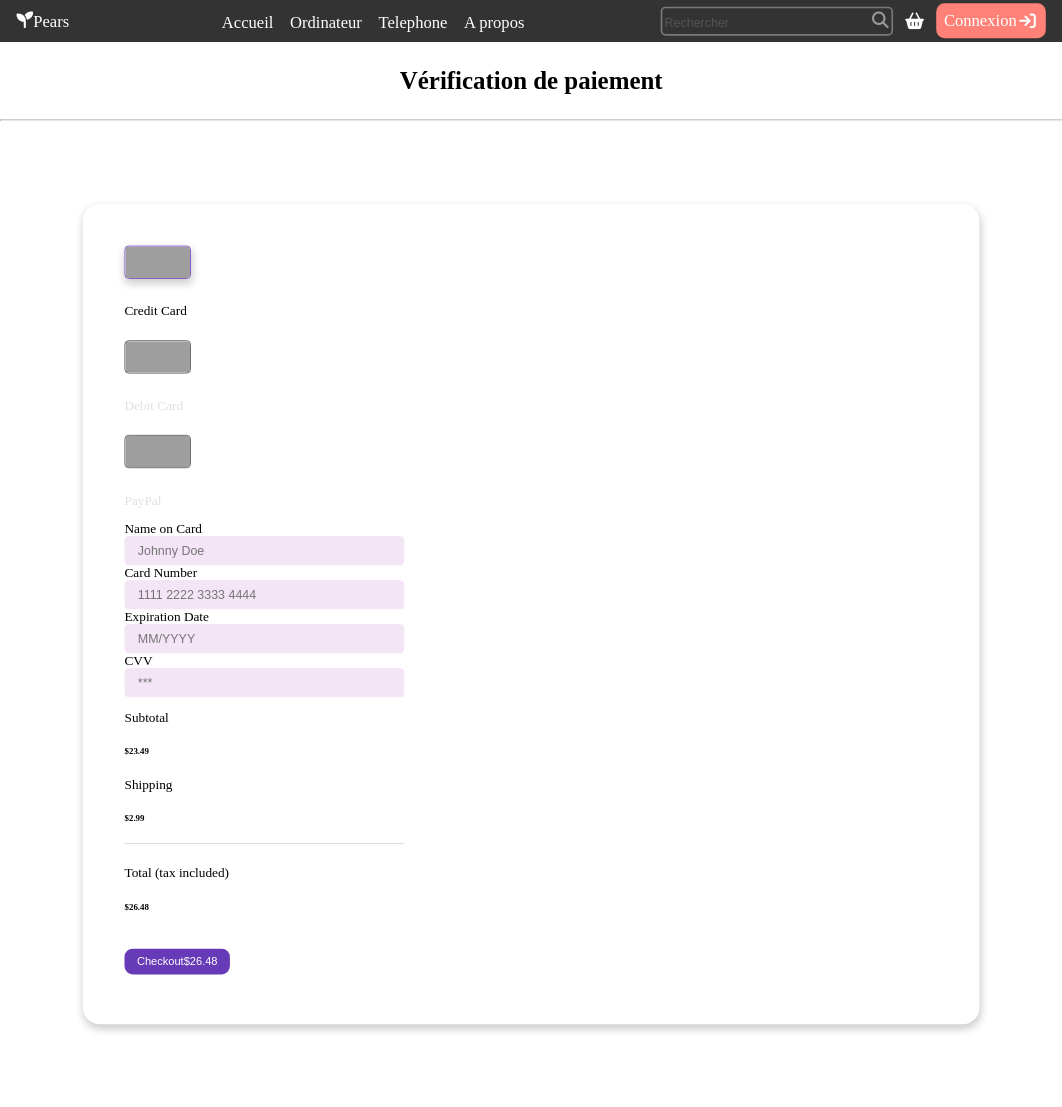
Repository: Kakouuu/PPE1-iPear
Page: http://localhost/Stage/verifpaiement.php
An editor plug-in stored every save of this project. The page is shown before and after the next save, followed by the edit.
The browser window is 1280 px wide. The pictures show the whole page, at 83% of full size.
Pictures or frames that could not be fetched are drawn as grey boxes. Some web libraries are served in a nearby version. The page is run by PHP 8.4 with error messages shown; the project is at /var/www/html/.

Above is the page before, as saved 2023-04-28 16:24:53.

### verifpaiement.php
<!DOCTYPE html>
<html lang="en">

<?php
    session_start();
    include "nav.php";
    ?>


<head>
    <meta charset="UTF-8">
    <title>Checkout</title>
    <link rel="stylesheet" href="css/verifpaiement.css">
    <link rel="stylesheet" href="https://stackpath.bootstrapcdn.com/bootstrap/4.3.1/js/bootstrap.bundle.min.js">
    <link rel="stylesheet" href="https://cdnjs.cloudflare.com/ajax/libs/font-awesome/5.10.0-11/css/all.min.css">
    <script rel="stylesheet" href="https://cdnjs.cloudflare.com/ajax/libs/jquery/3.2.1/jquery.min.js"></script>
    <script src="js/store.js"></script>
</head>

<body>



    <h3 class="title">Vérification de paiement</h3>
    <hr>

    <div class="row justify-content-center" style="margin:100px">
        <div class="col-lg-12">
            <div class="card" style="display : flex;">
                <div class="row">
                    <div class="col-lg-3 radio-group">
                        <div class="row d-flex px-3 radio"> <img class="pay" src="https://i.imgur.com/WIAP9Ku.jpg">
                            <p class="my-auto">Credit Card</p>
                        </div>
                        <div class="row d-flex px-3 radio gray"> <img class="pay" src="https://i.imgur.com/OdxcctP.jpg">
                            <p class="my-auto">Debit Card</p>
                        </div>
                        <div class="row d-flex px-3 radio gray mb-3"> <img class="pay" src="https://i.imgur.com/cMk1MtK.jpg">
                            <p class="my-auto">PayPal</p>
                        </div>
                    </div>
                    <div class="col-lg-5">
                        <div class="row px-2">
                            <div class="form-group col-md-6"> <label class="form-control-label">Name on Card</label> <input type="text" id="cname" name="cname" placeholder="Johnny Doe"> </div>
                            <div class="form-group col-md-6"> <label class="form-control-label">Card Number</label> <input type="text" id="cnum" name="cnum" placeholder="1111 2222 3333 4444"> </div>
                        </div>
                        <div class="row px-2">
                            <div class="form-group col-md-6"> <label class="form-control-label">Expiration Date</label> <input type="text" id="exp" name="exp" placeholder="MM/YYYY"> </div>
                            <div class="form-group col-md-6"> <label class="form-control-label">CVV</label> <input type="text" id="cvv" name="cvv" placeholder="***"> </div>
                        </div>
                    </div>
                    <div class="col-lg-4 mt-2">
                        <div class="row d-flex justify-content-between px-4">
                            <p class="mb-1 text-left">Subtotal</p>
                            <h6 class="mb-1 text-right">$23.49</h6>
                        </div>
                        <div class="row d-flex justify-content-between px-4">
                            <p class="mb-1 text-left">Shipping</p>
                            <h6 class="mb-1 text-right">$2.99</h6>
                        </div>
                        <div class="row d-flex justify-content-between px-4" id="tax">
                            <p class="mb-1 text-left">Total (tax included)</p>
                            <h6 class="mb-1 text-right">$26.48</h6>
                        </div> <button class="btn-block btn-blue"> <span> <span id="checkout">Checkout</span> <span id="check-amt">$26.48</span> </span> </button>
                    </div>
                </div>
            </div>
        </div>
    </div>
    </div>

### nav.php
<!DOCTYPE html>
<head>
    <meta charset="UTF-8">
    <meta http-equiv="X-UA-Compatible" content="IE  =edge">
    <link rel="stylesheet" href="css/styles.css">
    <link rel="stylesheet" href="css/footer.css">

    <script src="https://kit.fontawesome.com/db2bf29261.js" crossorigin="anonymous"></script>
    <script src="https://cdnjs.cloudflare.com/ajax/libs/jquery/3.6.0/jquery.min.js"></script>
    <script src="https://ajax.googleapis.com/ajax/libs/jquery/3.6.0/jquery.min.js"></script>
    <script src="js/store.js" ></script>
</head>
<?php

require_once "db.php";

if (isset($_SESSION['ID'])) {

    $sqla = 'SELECT * FROM `utilisateurs` where `ID_user`=' . $_SESSION['ID'];
    $resulta = mysqli_query($mysqli, $sqla);

    while (($row = mysqli_fetch_array($resulta))) {

        $prenom = $row["Prenom"];
    }


?>




<div class="welcome">Bonjour <?= $prenom; ?> !</div>



<?php
}


?>



<nav class="navbar" style="height: 50px !important;">


    <div>
        <a class="logo" href="index.php"><i class="fa-solid fa-seedling"></i> Pears</a>
    </div>


    <ul class="navbar_container">
        <li><a href="index.php" class="type">Accueil</a></li>
        <li class="services"><a href="#" title="" class="type">Ordinateur</a>
            <ul class="sous-menu">
                <li><a href="pagelegume.php?id=Portable" title="" class="type_sous">PC Portable</a></li>
                <li><a href="pagelegume.php?id=PC_Fixe" title="" class="type_sous">PC Fixe</a></li>
            </ul>
        <li class="services"><a href="#" title="" class="type">Telephone</a>
            <ul class="sous-menu">
                <li><a href="pagelegume.php?id=Samsung" title="" class="type_sous">Samsung</a></li>
                <li><a href="pagelegume.php?id=Iphone" title="" class="type_sous">Iphone</a></li>
                <li><a href="pagelegume.php?id=Huawei" title="" class="type_sous">Huawei</a></li>
            </ul>
        <li><a href="index.php" class="type">A propos</a></li>
    </ul>


    <span class="cotedroit">
      <span class="search">
            <input autocomplete="off" type="search" onkeyup="manakey(event)" oninput="salut()" name="Rechercher"
                   class="searchbar_container" placeholder="Rechercher">
            <span style="cursor: pointer;" onclick='sendad()'><i class="fa-solid fa-magnifying-glass"></i></span>
        </span>


<div class="search_prod"></div>







            <a href="test.php" class="item"><i class="fa-solid fa-basket-shopping"></i></a>

            <a href="login.php" class="log" id="co">Connexion <i class="fa-solid fa-arrow-right-to-bracket"></i> </a>


            <li class="user" id="profil"><a href="#" title="" class="type"><i class="fa-solid fa-user" name="deconnecte"></i></a>
            <ul class="user_sous">
                <li><a href="profil.php" title="" class="user_container">Profil</a></li>

                <li><a class="user_container" href="suppression.php">Deconnexion</a></li>



    </span>





    <script>
        function sendad() {
            var mot = document.getElementsByName('Rechercher')[0].value;
            console.log(mot)
            window.location = 'traitement.php?Rechercher=' + mot;
        }

        function manakey(e) {
            if (e.keyCode == 13) {
                sendad();
            }
            var clientHeight = document.querySelector('.search_prod').clientHeight;
            console.log(clientHeight);

            if (clientHeight < 356) {
                document.querySelector(".plus").style.display = "none";
            }
        }

        function salut() {
            let display = document.querySelector('.search_prod').style.display = 'block';
            var mot = document.getElementsByName('Rechercher')[0].value;
            console.log(mot)

            if(mot != "" ){
                $.post("recherche.php", {mot : mot}, function(data){
                    $('.search_prod').html(data);
                });
            }else
                document.querySelector(".search_prod").style.display ="none";
        }


        function remouve(e) {
            if (e.keyCode == 8) {
                let display = document.querySelector('.search_prod').style.display = 'none';
            }
        }




    </script>



    <div class="navbar__toggle" onclick="openOrClose()" id="mobile-menu">
        <div class="tirait">
            <span class="tirait_sous"></span>
            <span class="tirait_sous"></span>
            <span class="tirait_sous"></span>
        </div>
    </div>
</nav>
<ul class="navbar_container2">
    <li class="services2"><a href="#" title="" class="type2">Ordinateur</a>
        <ul class="sous-menu2">
            <li><a href="pagelegume.php?id=Portable" title="" class="type_sous2">PC Portable</a></li>
            <li><a href="pagelegume.php?id=Portable" title="" class="type_sous2">PC Fixe</a></li>
        </ul>
    <li class="services2"><a href="#" title="" class="type2">Telephone</a>
        <ul class="sous-menu2">
            <li><a href="pagelegume.php?id=Légume Fleurs" title="" class="type_sous2">Samsung</a></li>
            <li><a href="pagelegume.php?id=Légume Fleurs" title="" class="type_sous2">Iphone</a></li>
            <li><a href="pagelegume.php?id=Légume Fleurs" title="" class="type_sous2">Huawei</a></li>
        </ul>
</ul>

<?php
if(isset($_SESSION['ID'])){
    ?>
    <script>
    document.getElementById('co').style.display = 'none';
    document.getElementById('profil').style.display = 'block';
    </script>

<?php
}





?>


<form method="post" action="suppression.php" id="form">
       <input type="hidden" id="cache" name="cache"/>
    </form>
<script src="app.js"></script>

### db.php
<?php
$mysqli = mysqli_connect('localhost', 'root', '', 'pcbdd');
mysqli_query($mysqli, "SET NAMES utf8");
?>

### css/footer.css
/* Footer section */

.push{
    height: 800px;
}

.pdp {
    display: inline-block;
    bottom: 0;
    width: 100%;
    background-color: #333333;
}


.pdp_info {
    background-color: #333333;
    display: flex;
    height: 390px;
    justify-content: center;
}

.fa-facebook, .fa-twitter, .fa-linkedin, .fa-instagram {
    color: white;
    opacity: 0.6;
    padding-left: 10px;
    padding-right: 10px;
    margin-top: 3px;
    justify-content: center;
    font-size: 1.1rem;
}

.fa-facebook {
    padding-left: 45%;
}
.fa-envelope{
    padding: 7px;
    text-align: center;
    color: black;

}

a:link {
    text-decoration: none;
}

.item2 {
    display: block;
    margin: 5px;
    text-decoration: none;
    list-style: none;
    color: white;
    padding: 5px;

}

.item1 {
    display: block;
    margin: 5px;
    text-decoration: none;
    list-style: none;
    color: white;
    padding: 5px;

}


.mention {
    background-color: #272727;
    color: white;
    opacity: 0.5;
}

@media screen and (max-width: 909px){
    .item2{
        display: block;
        font-size: 1.1rem;
        text-align: center;
    }
}


.input-icons i {
    position: absolute;
}

.input-field {
    height: 30px;
    width: 200px;
    padding-left:30px;
    text-align: center;
}

.validate{
    height: 30px;
    color: white;
    background-color: #333333;
    cursor: pointer;
}

.validate:hover{
    background-color: #50C878;
}

.infosite{
    color: white;

}

### css/verifpaiement.css
.title{
    text-align: center;
    font-size: 30px;
    font-weight: bold;
    margin : 30px;
}


.plus-minus {
    position: relative;
}

.plus {
    position: absolute;
    top: -4px;
    left: 2px;
    cursor: pointer;
}

.minus {
    position: absolute;
    top: 8px;
    left: 5px;
    cursor: pointer;
}

.vsm-text:hover {
    color: #FF5252;
}

.card {
    margin: 40px 0px;
    padding: 40px 50px;
    border-radius: 20px;
    border: none;
    box-shadow: 1px 5px 10px 1px rgba(0,0,0,0.2);
    display : flex;
}

input, textarea {
    background-color: #F3E5F5;
    padding: 8px 15px 8px 15px;
    width: 100%;
    border-radius: 5px !important;
    box-sizing: border-box;
    border: 1px solid #F3E5F5;
    font-size: 15px !important;
    color: #000 !important;
    font-weight: 300;
}

input:focus, textarea:focus {
    -moz-box-shadow: none !important;
    -webkit-box-shadow: none !important;
    box-shadow: none !important;
    border: 1px solid #9FA8DA;
    outline-width: 0;
    font-weight: 400;
}

button:focus {
    -moz-box-shadow: none !important;
    -webkit-box-shadow: none !important;
    box-shadow: none !important;
    outline-width: 0;
}

.pay {
    width: 80px;
    height: 40px;
    border-radius: 5px;
    border: 1px solid #673AB7;
    margin: 10px 20px 10px 0px;
    cursor: pointer;
    box-shadow: 1px 5px 10px 1px rgba(0,0,0,0.2);
}

.gray {
    -webkit-filter: grayscale(100%);
    -moz-filter: grayscale(100%);
    -o-filter: grayscale(100%);
    -ms-filter: grayscale(100%);
    filter: grayscale(100%);
    color: #E0E0E0;
}

.gray .pay {
    box-shadow: none;
}

#tax {
    border-top: 1px lightgray solid;
    margin-top: 10px;
    padding-top: 10px;
}

.btn-blue {
    border: none;
    border-radius: 10px;
    background-color: #673AB7;
    color: #fff;
    padding: 8px 15px;
    margin: 20px 0px;
    cursor: pointer;
}

.btn-blue:hover {
    background-color: #311B92;
    color: #fff;
}

#checkout {
    float: left;
}

#check-amt {
    float: right;
}

@media screen and (max-width: 768px) {
    .book, .book-img {
        width: 100px;
        height: 150px;
    }

    .card {
        padding-left: 15px;
        padding-right: 15px;
    }

    .mob-text {
        font-size: 13px;
    }

    .pad-left {
        padding-left: 20px;
    }
}

Loaded but not shown: js/store.js (27 lines, source omitted); app.js (4 lines, source omitted); css/styles.css (824 lines, source omitted)

After the next save:
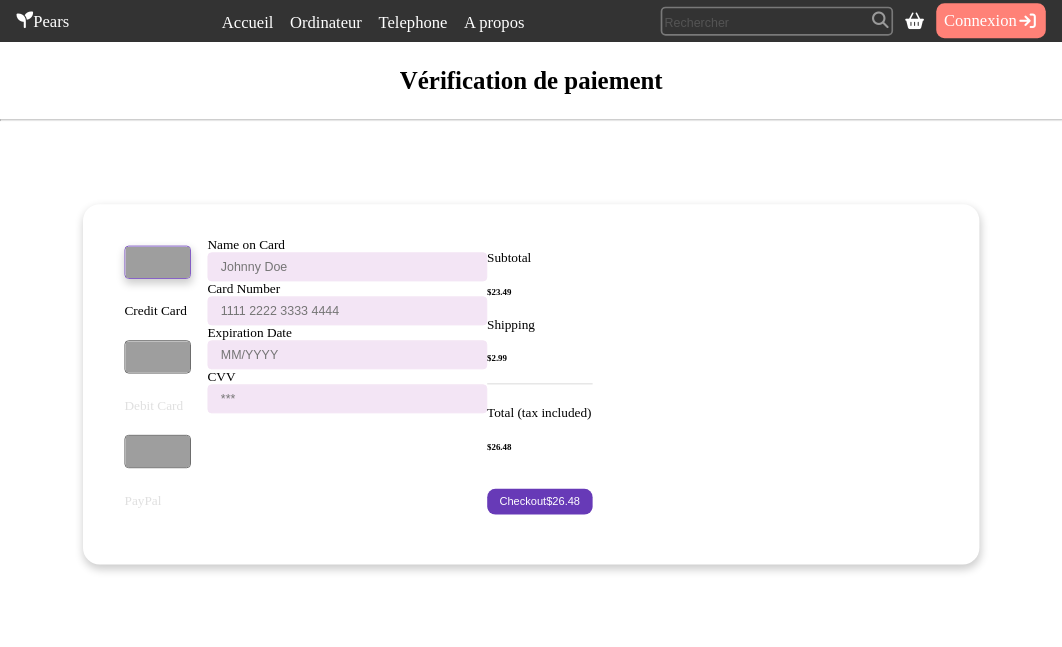
Saved 70 s later.
--- a/verifpaiement.php
+++ b/verifpaiement.php
@@ -27,7 +27,7 @@
     <div class="row justify-content-center" style="margin:100px">
         <div class="col-lg-12">
             <div class="card" style="display : flex;">
-                <div class="row">
+                <div class="row" style="display : flex;">
                     <div class="col-lg-3 radio-group">
                         <div class="row d-flex px-3 radio"> <img class="pay" src="https://i.imgur.com/WIAP9Ku.jpg">
                             <p class="my-auto">Credit Card</p>
